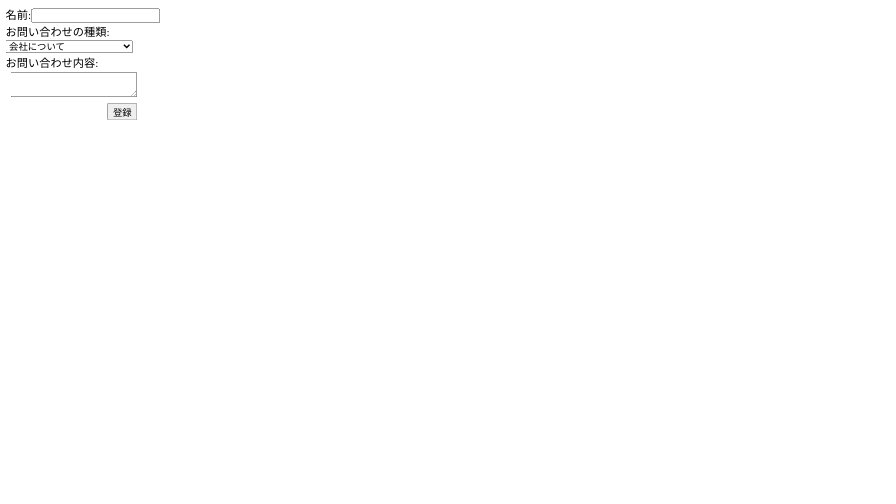
Repository: Kazuho-Komagamine/test
Page: http://localhost/WebProj3/InquiryAction.action
An editor plug-in stored every save of this project. The page is shown before and after the next save, followed by the edit.
The browser window is 1280 px wide. The pictures show the whole page, at 70% of full size.
The page is served by Tomcat 9. Other server files are loaded and not shown.

Above is the page before, as saved 2018-06-27 06:24:54.

### WebProj3/WebContent/inquiry.jsp
<%@ page language="java" contentType="text/html; charset=UTF-8"
    pageEncoding="UTF-8"%>
<%@ taglib prefix="s" uri="/struts-tags" %>

<!DOCTYPE html>
<html>
<head>
<meta charset="UTF-8">
<title>お問い合わせフォーム</title>
</head>
<body>
    <s:form method="post" action="InquiryCompleteAction">
        名前:<input type="text" name="name"/><br>
        お問い合わせの種類:<br>
        <select name="qtype">
            <option value="company">会社について</option>
            <option value="product">製品について</option>
            <option value="support">アフターサポートについて</option>
        </select>
        <br>
        お問い合わせ内容:
        <s:textarea name="body"/>
        <br><s:submit value="登録"/>
    </s:form>

</body>
</html>

After the next save:
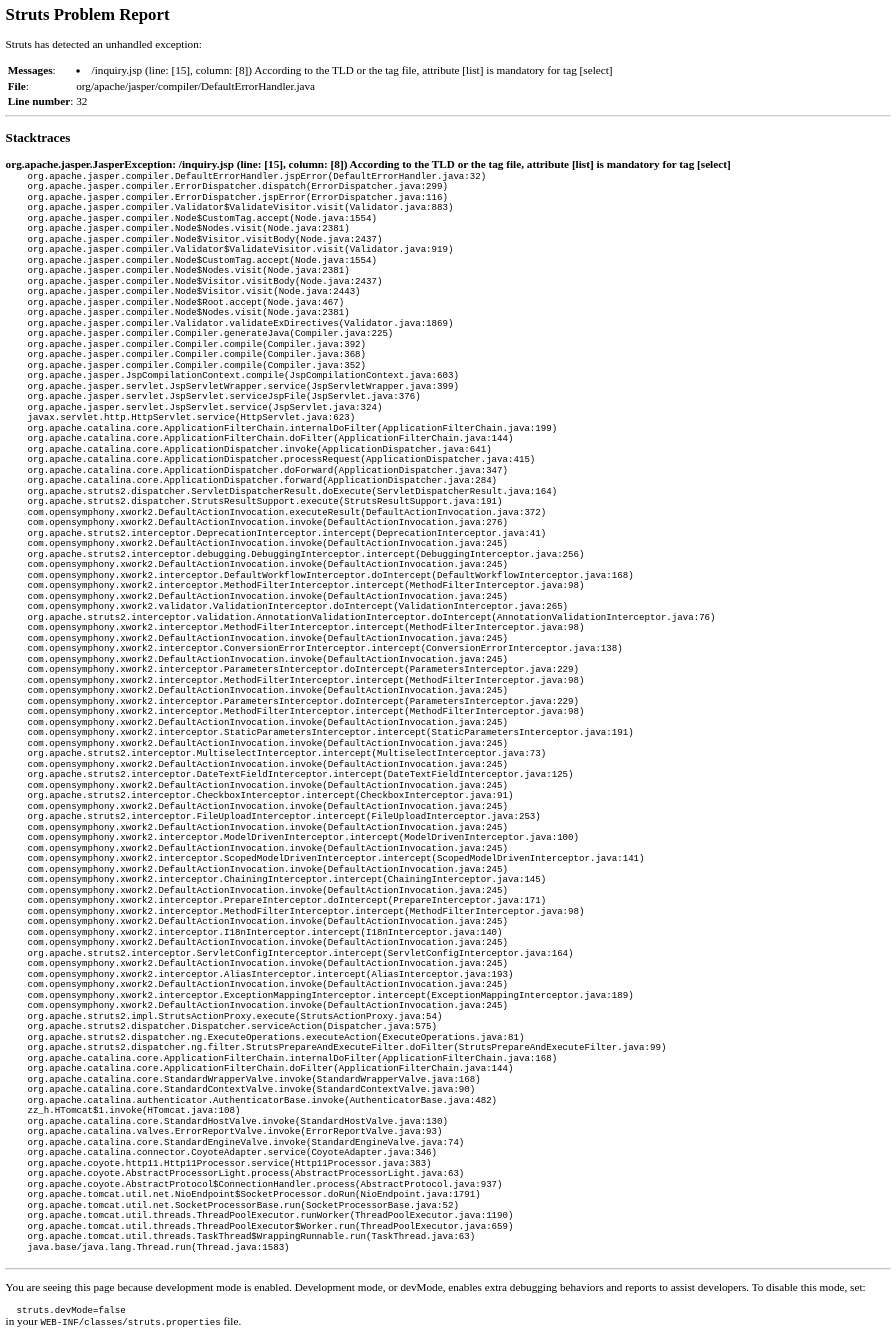
Saved 5 min 30 s later.
--- a/WebProj3/WebContent/inquiry.jsp
+++ b/WebProj3/WebContent/inquiry.jsp
@@ -12,11 +12,11 @@
     <s:form method="post" action="InquiryCompleteAction">
         名前:<input type="text" name="name"/><br>
         お問い合わせの種類:<br>
-        <select name="qtype">
+        <s:select name="qtype">
             <option value="company">会社について</option>
             <option value="product">製品について</option>
             <option value="support">アフターサポートについて</option>
-        </select>
+        </s:select>
         <br>
         お問い合わせ内容:
         <s:textarea name="body"/>
